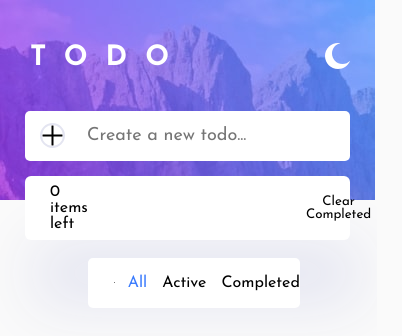
Repository: Haviles04/todoapp
Page: /
An editor plug-in stored every save of this project. The page is shown before and after the next save, followed by the edit.
The browser window is 375 px wide. The page is 377 px wide, then 402 px, so the pictures cover 402 px, including what lies to the right of the window. The pictures show the whole page.
The project was rebuilt for these pictures with package versions that can differ from the ones it lists, and the page was loaded fresh each time.

Above is the page before, as saved 2022-10-24 16:31:04.

After the next save:
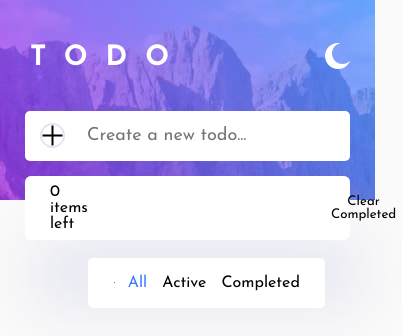
Saved 6 s later.
--- a/src/components/optionsFooter/optionsFooter.css
+++ b/src/components/optionsFooter/optionsFooter.css
@@ -52,6 +52,7 @@
         justify-content: center;
         width: 350px;
         padding-left: 25px;
+        padding-right: 25px;
         height: 50px;
         top:75px;
         background-color: white;
